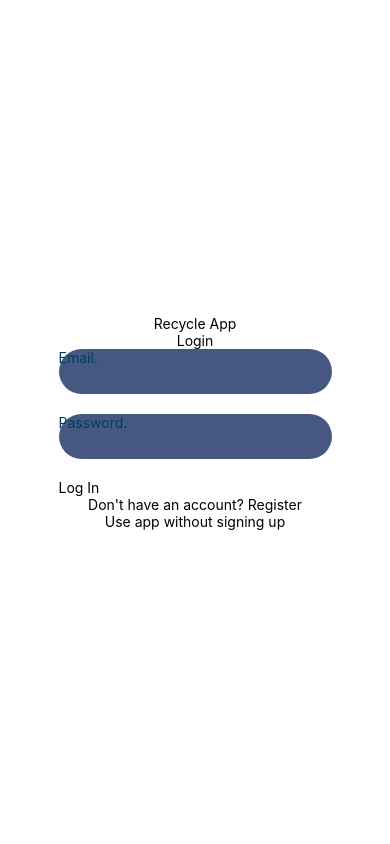
Repository: ct-pham/COMP4511
Screen: / (app in comp4511/)
An editor plug-in stored every save of this project. The screen is shown before and after the next save, followed by the edit.
The app was drawn by React Native's web renderer in a window 390 px wide. The project was rebuilt for these pictures with package versions that can differ from the ones it lists, and the page was loaded fresh each time.

Above is the screen before, as saved 2022-11-07 15:33:03.

### comp4511/App.js

// import { NavigationContainer } from 'react-navigation/native';
// import { createNativeStackNavigator } from 'react-navigation/native-stack';
import Login from './Components/Login';
//import Register from './Components/Register';

export default function App() {
  return (
    // <NavigationContainer>
    //   <Stack.Navigator initialRouteName="Home">
    //     <Stack.Screen name="Login" component={Login} />
    //     <Stack.Screen name="Register" component={Register} />
    //   </Stack.Navigator>
    // </NavigationContainer>
    <Login />
  );
}

### comp4511/Components/Login.js
import {
    StyleSheet,
    Text,
    View,
    TextInput,
    TouchableOpacity,
} from 'react-native';

import Icon from 'react-native-vector-icons/Ionicons';

export default function Login( {navigation}) {
    return (
        <View style={styles.container}>

            <Text>Recycle App</Text>
            <Text>Login</Text>
            <View style={styles.inputView}>
                <TextInput
                    style={styles.TextInput}
                    placeholder="Email."
                    placeholderTextColor="#003f5c"
                />
            </View>

            <View style={styles.inputView}>
                <TextInput
                    style={styles.TextInput}
                    placeholder="Password."
                    placeholderTextColor="#003f5c"
                    secureTextEntry={true}
                />
            </View>

            <TouchableOpacity style = {styles.button}>
                <Text style={styles.loginBtn}>Log In</Text>
            </TouchableOpacity>

            <TouchableOpacity
                onPress = {console.log('Register')}
            >
                <Text style={styles.loginBtn}>Don't have an account? Register</Text>
            </TouchableOpacity>

            <TouchableOpacity>
                <Text style={styles.loginBtn}>Use app without signing up</Text>
            </TouchableOpacity>

        </View>
    );
}

const styles = StyleSheet.create({
    container: {
        flex: 1,
        backgroundColor: '#ffffff',
        alignItems: 'center',
        justifyContent: 'center',
    },
    inputView: {
        backgroundColor: '#465881',
        borderRadius: 30,
        width: '70%',
        height: 45,
        marginBottom: 20,
    },
    button: {
        width: '70%',
        borderRadius: 25,
    }
});

After the next save:
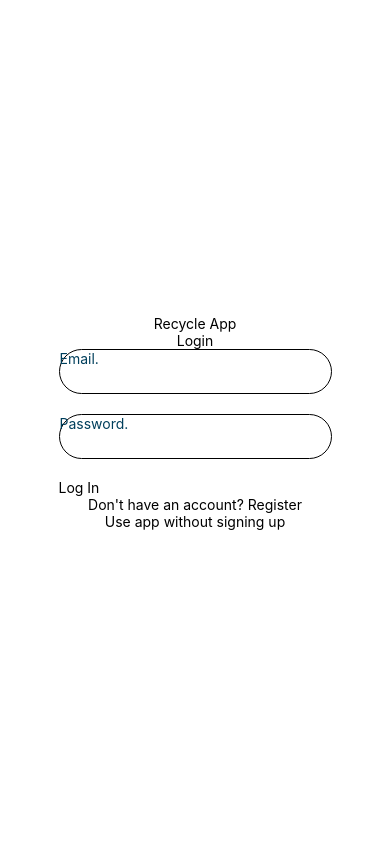
Saved 103 s later.
--- a/comp4511/Components/Login.js
+++ b/comp4511/Components/Login.js
@@ -57,8 +57,9 @@ const styles = StyleSheet.create({
         justifyContent: 'center',
     },
     inputView: {
-        backgroundColor: '#465881',
+        backgroundColor: '#ffffff',
         borderRadius: 30,
+        borderWidth: 1,
         width: '70%',
         height: 45,
         marginBottom: 20,
